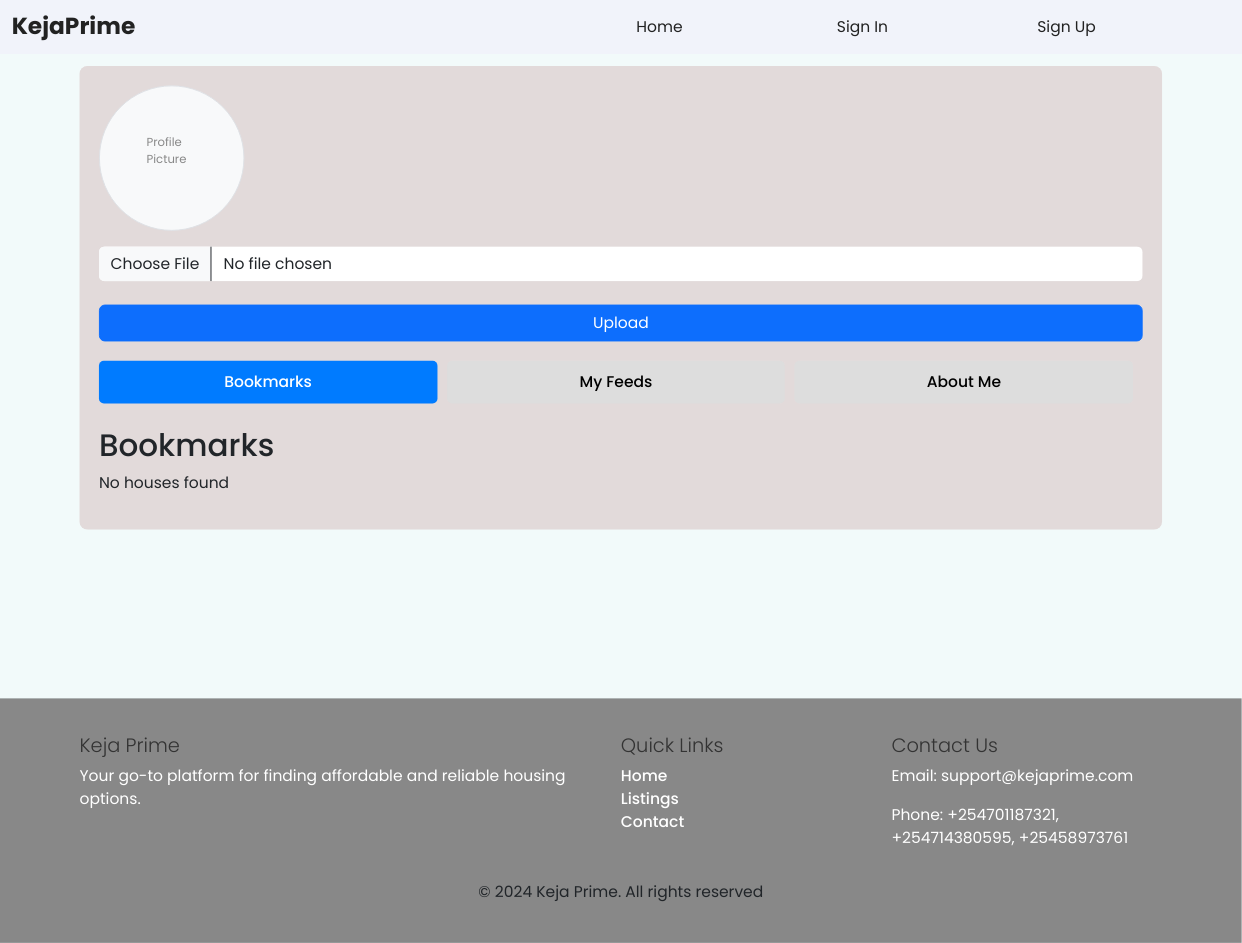
Repository: Pascal7601/kejaPrime
Page: /profile (app in frontend/)
The author's editor kept a copy of each file at every save. The page is drawn from the files as they stood at one save, then again after a run of saves.
The browser window is 1280 px wide. The pictures show the whole page, at 97% of full size.
The page's requests for data from a server got no answer. The project was rebuilt for these pictures with package versions that can differ from the ones it lists, and the page was loaded fresh each time. No one was signed in, and anything a server would have sent is missing. Also part of the build but not shown: frontend/vite.config.js, frontend/src/styles/HeroSection.css, frontend/src/components/HeroSection.jsx, frontend/src/pages/Home.jsx, frontend/src/components/Houses.jsx, frontend/src/pages/Listings.jsx, frontend/src/styles/PostHouse.css, frontend/src/pages/PostHouse.jsx and 10 more.

Above is the page before, as saved 2024-10-22 11:40:06.

After the next 2 saves:
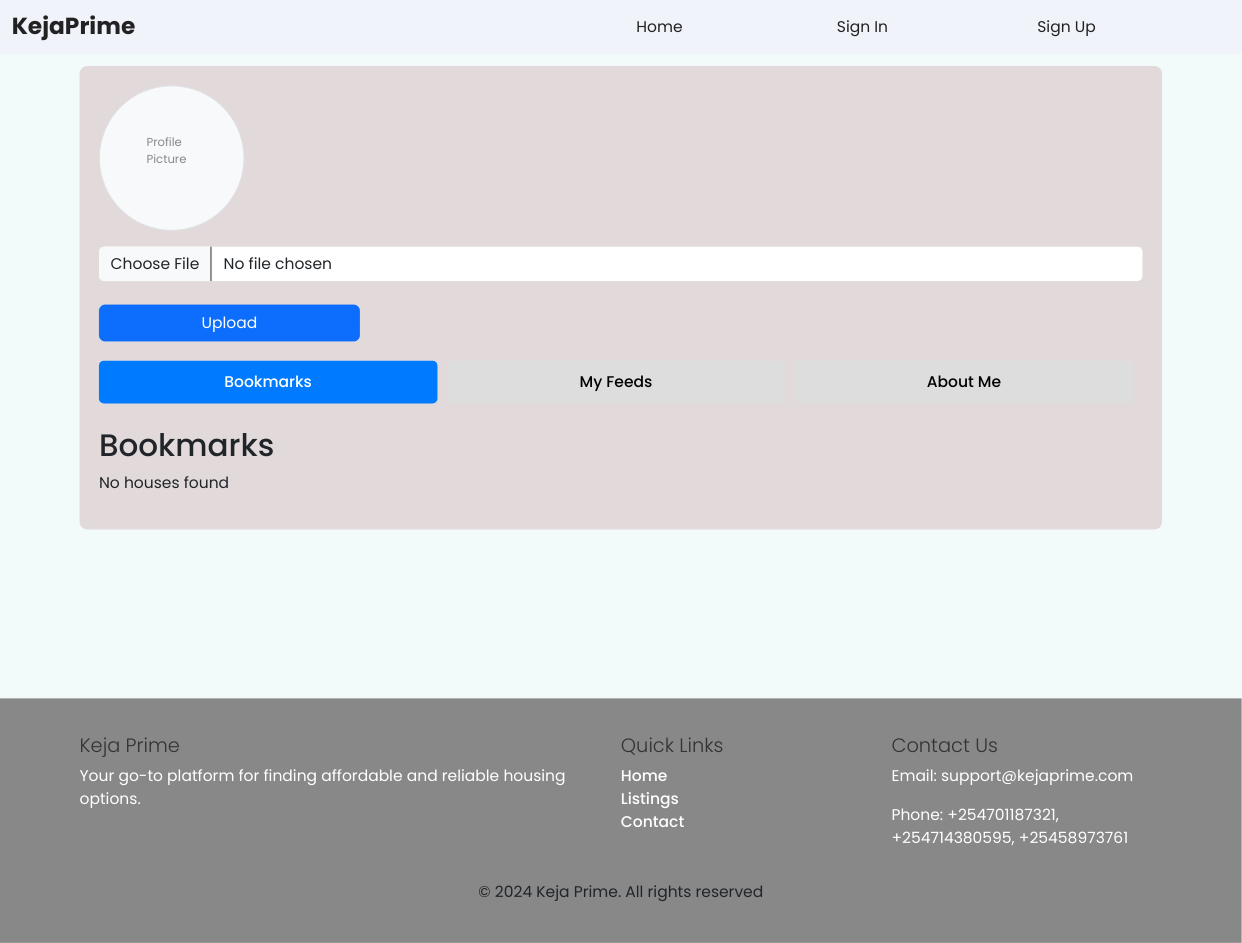
The 2 saves are shown as one change because they came seconds apart.
The last was saved 2 min 11 s later.
--- a/frontend/src/components/Profile.jsx
+++ b/frontend/src/components/Profile.jsx
@@ -214,7 +214,7 @@ function Profile() {
                 </div>
               )}
               <input type="file" onChange={handleFileChange} accept="image/*" className="form-control my-3" />
-              <button onClick={handleFileUpload} className="btn btn-primary mt-2">Upload</button>
+              <button onClick={handleFileUpload} className="btn btn-primary w-25 mt-2">Upload</button>
             </div>
           </div>
           {/* Navigation Tabs */}
